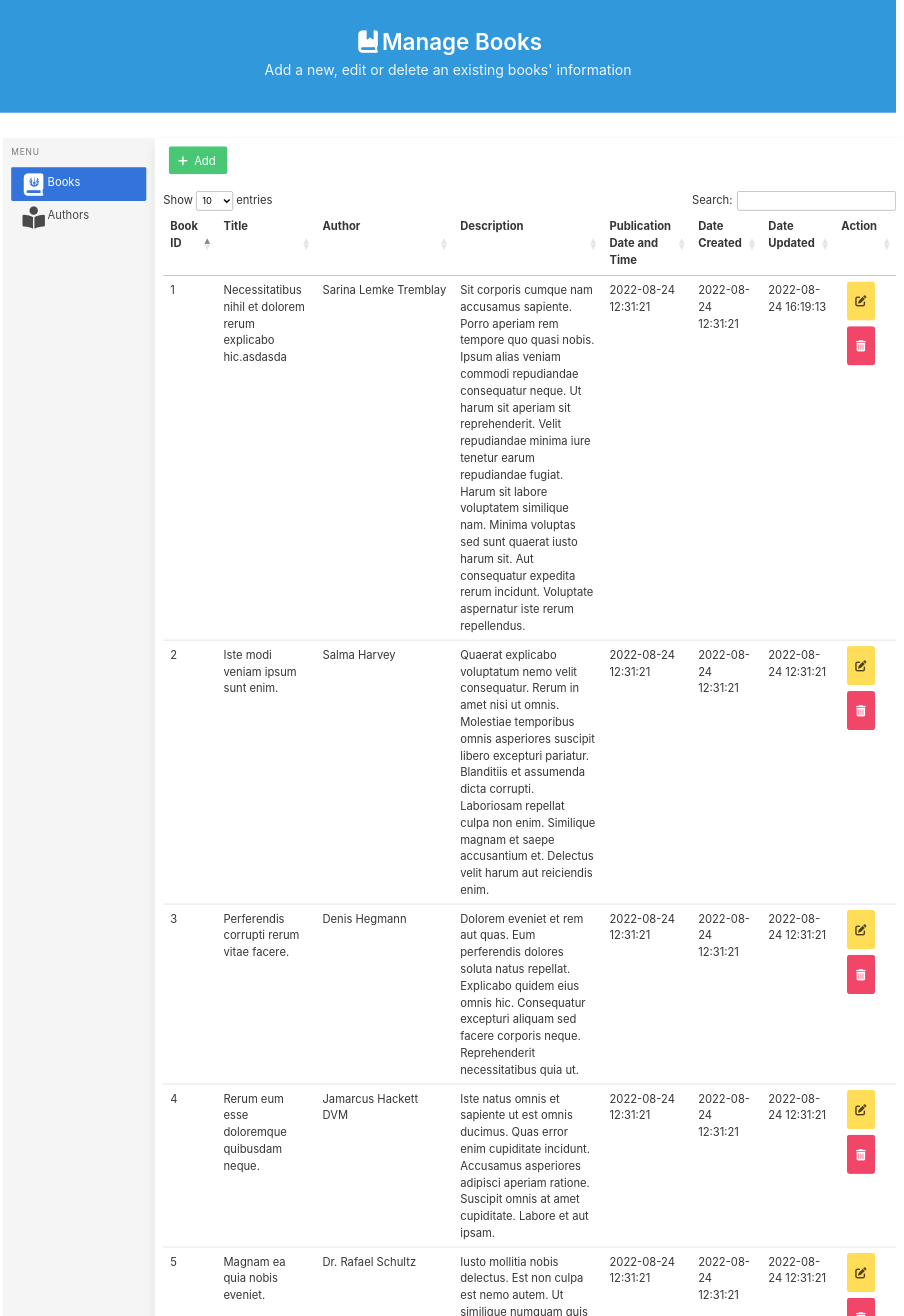
Repository: setsunafjustin00208/books_info_laravel_version
Page: http://localhost/appview/books
The author's editor kept a copy of each file at every save. The page is drawn from the files as they stood at one save, then again after the next save.
The browser window is 1280 px wide. The page is 1292 px wide, so the pictures cover 1292 px, including what lies to the right of the window. The pictures show the part of the page from y = 0 to 1880 px (the page is 4220 px tall), at 70% of full size.
The page is served by the project's Laravel application, run on PHP 8.4 with Laravel 9. Other server files are loaded and not shown. The database holds what the project's SQL file puts in it.

Above is the page before, as saved 2022-08-26 14:11:11.
Console error: ReferenceError: jQuery is not defined

### routes/web.php
<?php

use Illuminate\Support\Facades\Route;
use App\Http\Controllers\BookController;
use App\Http\Controllers\UserController;
use App\Http\Controllers\AuthorController;

/*
|--------------------------------------------------------------------------
| Web Routes
|--------------------------------------------------------------------------
|
| Here is where you can register web routes for your application. These
| routes are loaded by the RouteServiceProvider within a group which
| contains the "web" middleware group. Now create something great!
|
*/

Route::get('/', [UserController::class,'index']);

Route::get('/appview/books',[UserController::class,'books']);

Route::get('/appview/authors',[UserController::class,'authors']);

Route::post('/users/authenticate',[UserController::class,'authenticate']);

Route::post('/logout',[UserController::class,'logout']);

Route::post('/addbook',[BookController::class,'store']);

Route::post('/updatebook',[BookController::class,'update']);

Route::post('/deletebook',[BookController::class,'delete']);

Route::post('/addauthor',[AuthorController::class,'store']);

Route::post('/updateauthor',[AuthorController::class,'update']);

Route::post('/deleteauthor',[AuthorController::class,'delete']);

### app/Http/Controllers/UserController.php
<?php

namespace App\Http\Controllers;

use App\Models\Book;
use App\Models\User;
use App\Models\Author;
use Illuminate\Http\Request;
use Illuminate\Validation\Rule;

class UserController extends Controller
{
    public function index(){

        return view('appviews.index');
    }
    public function books(){

        return view('appviews.books',[
            'books' =>  Book::all(),
            'authors' => Author::all(),
        ]);
    }

    public function authors(){

        return view('appviews.authors',[
            'authors' => Author::all(),
        ]);
    }


    public function authenticate(Request $request){

       $credentials = $request->validate([
            'email' => ['required', 'email'],
            'password' => ['required'],
        ]);

        if (auth()->attempt($credentials)) {
            $request->session()->regenerate();
            return redirect()->intended('/appview/books');
        }

        return back()->withErrors([
            'email' => 'invalid credentials',
        ])->onlyInput('email');
    }

    public function logout(Request $request) {

        auth()->logout();

        $request->session()->invalidate();

        $request->session()->regenerateToken();

        return redirect('/');
    }
}

### app/Models/Book.php
<?php

namespace App\Models;

use Illuminate\Database\Eloquent\Factories\HasFactory;
use Illuminate\Database\Eloquent\Model;

class Book extends Model
{
    protected $fillable = ['book_name','author','description','publication_date_n_time','created_at','updated_at'];
    use HasFactory;
}

### app/Models/Author.php
<?php

namespace App\Models;

use Illuminate\Database\Eloquent\Factories\HasFactory;
use Illuminate\Database\Eloquent\Model;

class Author extends Model
{
    protected $fillable = ['fname','lname','mname','description','created_at','updated_at'];
    use HasFactory;
}

### resources/views/components/navbar-users.blade.php
<script>
	$(document).ready(function() {
	$(".navbar-burger").click(function() {

		$(".navbar-burger").toggleClass("is-active");
		$(".navbar-menu").toggleClass("is-active");

	});
	});
</script>
@auth
<nav class="navbar is-link mb-4" role="navigation" aria-label="main navigation">
    <div class="navbar-brand">
      <a class="navbar-item" href="/appview/books">
            <i class="icon is-large fas fa-book fa-lg"></i>
        <h2 class="title ml-3 has-text-light">Book Information</h2>
        </a>
        <a role="button" class="navbar-burger" aria-label="menu" aria-expanded="false" data-target="navbarBasicExample">
        <span aria-hidden="true"></span>
        <span aria-hidden="true"></span>
        <span aria-hidden="true"></span>
        </a>
    </div>

  <div id="navbarBasicExample" class="navbar-menu">
    <div class="navbar-start">

    </div>
    <div class="navbar-end mr-5">
      <div class="navbar-item">
        <div class="buttons">
            <form method="POST" action="/logout">
              @csrf
                <button class="button is-danger ml-6" type="submit">
                    <i class="fas fa-arrow-right-to-bracket"></i>
                    &nbsp;
                    Log out
                  </a>
                </button>
            </form>
        </div>
      </div>
    </div>
  </div>
</nav>
@else



@endauth

### resources/views/components/hero.blade.php
<section class="hero is-info mb-6">
    <div class="hero-body has-text-centered">
        {{$slot}}
    </div>
  </section>

### resources/views/components/sidebar.blade.php
<div class="column is-2 ml-4 has-background-light">
  <aside class="menu">
      <p class="menu-label">
        Menu
      </p>
      <ul class="menu-list">
          {{$slot}}
      </ul>
    </aside>
  </div>

### resources/views/components/flash-message.blade.php

@if(session()->has('success'))

<div class='container box has-background-success-light animate__animated animate__fadeInUpBig'>
        <div class="field icon-text mt-4 mb-4 has-text-success">
                <span class="icon">
                        <i class="fas fa-check-square"></i>
                </span>
                <span>

                        {{session('remember_token')}}
                </span>
        </div>
</div>
@endif
@if(session()->has('failed'))
<div class='container box has-background-success-light animate__animated animate__fadeInUpBig'>
        <div class="field icon-text mt-4 mb-4 has-text-danger">
                <span class="icon">
                        <i class="fas fa-exclamation-triangle"></i>
                </span>
                <span>
                        {{session('failed')}}
                </span>
        </div>
</div>
@endif

### resources/views/components/modal-scripts.blade.php
<script>
    document.addEventListener('DOMContentLoaded', () => {

    function openModal($el) {
        $el.classList.add('is-active');
    }

    function closeModal($el) {
        $el.classList.remove('is-active');
    }

    function closeAllModals() {
        (document.querySelectorAll('.modal') || []).forEach(($modal) => {
            closeModal($modal);
        });
    }

    (document.querySelectorAll('.js-modal-trigger') || []).forEach(($trigger) => {
        const modal = $trigger.dataset.target;
        const $target = document.getElementById(modal);

        $trigger.addEventListener('click', () => {
            openModal($target);
        });
    });

    (document.querySelectorAll('.modal-background, .modal-close, .modal-card-head .delete, .modal-card-foot .button') || []).forEach(($close) => {
        const $target = $close.closest('.modal');

        $close.addEventListener('click', () => {
            closeModal($target);
        });
    });


    document.addEventListener('keydown', (event) => {
        const e = event || window.event;

        if (e.keyCode === 27) {
            closeAllModals();
        }
    });
});
</script>

### resources/views/components/add-modal.blade.php
    <div class="buttons">
              <button class="button is-success js-modal-trigger" data-target="modal-add-data">
                <span class="icon-text">
                    <span class="icon">
                        <i class="fas fa-plus"></i>
                    </span>
                    <span>
                        Add
                    </span>
                </span>
              </button>
                <div class="modal" id="modal-add-data">
                    <div class="modal-background"></div>
                    <div class="modal-card">
                        {{$slot}}
                    </div>
                </div>
          </div>

### resources/views/components/edit-modal.blade.php
<div {{$attributes->merge(['class' => 'modal', 'id' => ''])}}>
    <div class="modal-background"></div>
      <div class="modal-card">
            {{$slot}}
          <button class="button">
            <span class="icon-text"><span class="icon">
              <i class="fas fa-ban"></i>
            </span>
            <span>Cancel</span>
        </button>
      </footer>
  </div>
</div>

### resources/views/components/delete-modal.blade.php
<div {{$attributes->merge(['class' => 'modal', 'id' => ''])}}>
    <div class="modal-background"></div>
    <div class="modal-card">
        {{$slot}}
        <footer class="modal-card-foot">
              <button class="button is-danger">
                <span class="icon-text">
                  <span class="icon">
                    <i class="fas fa-check"></i>
                  </span>
                  <span>
                    Yes
                  </span>
                </span>
              </button>
            </form>
            <button class="button is-success">
              <span class="icon-text"><span class="icon">
                <i class="fas fa-xmark"></i>
              </span>
              <span>No</span>
          </button>
        </footer>
    </div>
</div>

### resources/views/components/tables.blade.php
    <script>
        $(document).ready(function () {
            $('#book').DataTable();
        });
    </script>
    <div class="table-container container">
        <table class="table" id="book">
             {{$slot}}
          </table>
    </div>

### resources/views/components/page-layout.blade.php
<div class="columns is-mobile">
    {{$slot}}
  </div>

### resources/views/components/layout.blade.php
<!DOCTYPE html>
<html lang="en">
<head>
    <meta charset="UTF-8">
    <meta http-equiv="X-UA-Compatible" content="IE=edge">
    <meta name="viewport" content="width=device-width, initial-scale=1.0">
    <title>Welcome to Book Inventory</title>
    <link rel="stylesheet" href={{asset("assets/css/all.min.css")}} type="text/css">
    <link rel="stylesheet" href={{asset("assets/css/bulma-rtl.min.css")}} type="text/css">
    <link rel="stylesheet" href={{asset("assets/css/bulma.min.css")}} type="text/css">
    <link rel="stylesheet" href={{asset("assets/css/dataTables.bulma.min.css")}} type="text/css">
    <link rel="stylesheet" href={{asset("assets/css/dataTables.dataTables.min.css")}} type="text/css">
    <link rel="stylesheet" href={{asset("assets/css/datatables.min.css")}} type="text/css">
    <link rel="stylesheet" href={{asset("assets/css/jquery.dataTables.min.css")}} type="text/css">
    <link rel="stylesheet" href={{asset("assets/css/modal-fx.min.css")}} type="text/css">
    <link rel="stylesheet" href={{asset("assets/css/animate.min.css")}} type="text/css">
    <script src={{asset("assets/js/all.min.js")}} type="text/javascript"></script>
    <script src={{asset("assets/js/dataTables.bulma.min.js")}} type="text/javascript"></script>
    <script src={{asset("assets/js/datatables.min.js")}} type="text/javascript"></script>
    <script src={{asset("assets/js/dataTables.dataTables.min.js")}} type="text/javascript"></script>
    <script src={{asset("assets/js/jquery-3.6.0.min.js")}} type="text/javascript"></script>
    <script src={{asset("assets/js/jquery.dataTables.min.js")}} type="text/javascript"></script>
    <script src={{asset("assets/js/modal-fx.min.js")}} type="text/javascript"></script>
    <script src={{asset("assets/js/mine.js")}} type="text/javascript"></script>
</head>
<body>
<main>
  {{$slot}}
</main>
</body>
</html>

### book_info.sql (the tables this page reads)
CREATE TABLE `authors` (
  `id` bigint(20) UNSIGNED NOT NULL,
  `fname` varchar(255) COLLATE utf8mb4_unicode_ci NOT NULL,
  `lname` varchar(255) COLLATE utf8mb4_unicode_ci NOT NULL,
  `mname` varchar(255) COLLATE utf8mb4_unicode_ci NOT NULL,
  `description` longtext COLLATE utf8mb4_unicode_ci NOT NULL,
  `created_at` timestamp NULL DEFAULT NULL,
  `updated_at` timestamp NULL DEFAULT NULL
) ENGINE=InnoDB DEFAULT CHARSET=utf8mb4 COLLATE=utf8mb4_unicode_ci;

INSERT INTO `authors` (`id`, `fname`, `lname`, `mname`, `description`, `created_at`, `updated_at`) VALUES
(1, 'Sarina', 'Tremblay', 'Lemke', 'Sapiente dolores eum et dolor dolores laborum tempore. Architecto blanditiis illo dolorem illum. Praesentium nihil corrupti possimus et impedit. Totam laudantium omnis voluptas sit et in. Maiores impedit veritatis optio quos. Excepturi dolores numquam dolore reprehenderit.\"asdasdasd', '2022-08-24 12:31:21', '2022-08-24 17:13:17'),
(2, 'Cameron', 'Stamm', 'Kling', 'Molestiae deserunt quia sint cumque autem fugiat. Labore explicabo expedita eaque in. Et voluptatibus omnis ut consequatur consequatur. Quaerat minima magnam dolores iure maiores doloremque. In ad sapiente necessitatibus ut sit voluptatem commodi.', '2022-08-24 12:31:21', '2022-08-24 12:31:21'),
(3, 'Jennie', 'Pollich', 'Smith', 'Ab omnis dolor et iure quidem. Fugiat et ipsum non. Voluptatum ut veritatis ipsa enim sit rem. Et tenetur voluptas quia ad expedita voluptatum aut. Debitis voluptatem iste et.', '2022-08-24 12:31:21', '2022-08-24 12:31:21'),
(4, 'Fern', 'Koss', 'Harris', 'Dolorum qui libero voluptatem nihil minima esse voluptate. Accusantium minima ea itaque dignissimos omnis saepe et. Ut doloremque praesentium similique quis deleniti sint labore quos. Atque facilis aliquid similique aut qui maxime. Voluptate at dolores quis porro cum quis.', '2022-08-24 12:31:21', '2022-08-24 12:31:21'),
(5, 'Allie', 'Kessler', 'Kassulke', 'Quia labore possimus blanditiis quidem dolor. Saepe id veniam dignissimos distinctio et quod magni molestiae. Asperiores et sit magnam alias sequi velit nostrum. Rerum vel aut ea amet asperiores dolorem. Consequuntur quod quae molestias et explicabo iste consequatur. Aut qui vel tenetur tenetur. Dolore aut recusandae cumque ullam et.', '2022-08-24 12:31:21', '2022-08-24 12:31:21'),
(6, 'Christine', 'Shanahan', 'Dooley', 'Iste aut dignissimos voluptatem. Iure omnis officia ea quo ipsam provident dolorem. Aliquid libero enim aspernatur rerum. Velit laborum reiciendis eos doloremque ut. Quos voluptatem et harum quia nemo. Modi ut nihil unde debitis rem ratione consequatur earum.', '2022-08-24 12:31:21', '2022-08-24 12:31:21'),
(7, 'Rhett', 'Kshlerin', 'Batz', 'Similique autem nostrum saepe. Dolorem amet dolorum id rerum corrupti neque. Voluptas nihil voluptatem ut quae voluptatem repellendus consequatur. Distinctio nihil voluptas illum ipsam. Enim pariatur ut quaerat sit necessitatibus. Tempora doloribus sed veritatis exercitationem aut quos beatae. Qui non velit reiciendis consequatur. Sit voluptatem illum odio officia dolores quo eum. Nisi quos tenetur maxime mollitia. Eaque quas a sint quidem quos.', '2022-08-24 12:31:21', '2022-08-24 12:31:21'),
(8, 'Carrie', 'Morissette', 'Kautzer', 'Dolorem maxime veritatis praesentium. Consectetur vero magnam ut quia. Tempora modi at quae dolore et. Voluptates illo et dolorem nulla saepe velit. Sit aut modi est quia voluptate iure. Velit consequuntur reiciendis eos repellat id. Voluptatem voluptas vel laborum quis porro dolores.', '2022-08-24 12:31:21', '2022-08-24 12:31:21'),
(9, 'Reilly', 'Greenfelder', 'Thiel', 'Enim sapiente neque vel quia dicta. Dolorem enim cupiditate iure delectus quasi aspernatur vel nulla. Doloribus voluptatem nihil et sint voluptatem minus. Numquam consequatur blanditiis aut eveniet et. Vel ut eaque repudiandae sunt animi. Maiores optio consequuntur maxime fugit dicta. Exercitationem distinctio hic quam sint. Sit repudiandae aut id voluptas exercitationem aut.', '2022-08-24 12:31:21', '2022-08-24 12:31:21'),
(11, 'setsuna', 'seiei', 'F', 'setsunasetsunasetsunasetsunasetsunasetsunasetsunasetsunasetsunasetsunasetsuna', '2022-08-24 17:00:55', '2022-08-24 17:00:55');

ALTER TABLE `authors`
  ADD PRIMARY KEY (`id`);

ALTER TABLE `authors`
  MODIFY `id` bigint(20) UNSIGNED NOT NULL AUTO_INCREMENT, AUTO_INCREMENT=12;

CREATE TABLE `books` (
  `id` bigint(20) UNSIGNED NOT NULL,
  `book_name` varchar(255) COLLATE utf8mb4_unicode_ci NOT NULL,
  `author` varchar(255) COLLATE utf8mb4_unicode_ci NOT NULL,
  `description` longtext COLLATE utf8mb4_unicode_ci NOT NULL,
  `publication_date_n_time` timestamp NULL DEFAULT NULL,
  `created_at` timestamp NULL DEFAULT NULL,
  `updated_at` timestamp NULL DEFAULT NULL
) ENGINE=InnoDB DEFAULT CHARSET=utf8mb4 COLLATE=utf8mb4_unicode_ci;

INSERT INTO `books` (`id`, `book_name`, `author`, `description`, `publication_date_n_time`, `created_at`, `updated_at`) VALUES
(1, 'Necessitatibus nihil et dolorem rerum explicabo hic.asdasda', 'Sarina Lemke Tremblay', 'Sit corporis cumque nam accusamus sapiente. Porro aperiam rem tempore quo quasi nobis. Ipsum alias veniam commodi repudiandae consequatur neque. Ut harum sit aperiam sit reprehenderit. Velit repudiandae minima iure tenetur earum repudiandae fugiat. Harum sit labore voluptatem similique nam. Minima voluptas sed sunt quaerat iusto harum sit. Aut consequatur expedita rerum incidunt. Voluptate aspernatur iste rerum repellendus.', '2022-08-24 12:31:21', '2022-08-24 12:31:21', '2022-08-24 16:19:13'),
(2, 'Iste modi veniam ipsum sunt enim.', 'Salma Harvey', 'Quaerat explicabo voluptatum nemo velit consequatur. Rerum in amet nisi ut omnis. Molestiae temporibus omnis asperiores suscipit libero excepturi pariatur. Blanditiis et assumenda dicta corrupti. Laboriosam repellat culpa non enim. Similique magnam et saepe accusantium et. Delectus velit harum aut reiciendis enim.', '2022-08-24 12:31:21', '2022-08-24 12:31:21', '2022-08-24 12:31:21'),
(3, 'Perferendis corrupti rerum vitae facere.', 'Denis Hegmann', 'Dolorem eveniet et rem aut quas. Eum perferendis dolores soluta natus repellat. Explicabo quidem eius omnis hic. Consequatur excepturi aliquam sed facere corporis neque. Reprehenderit necessitatibus quia ut.', '2022-08-24 12:31:21', '2022-08-24 12:31:21', '2022-08-24 12:31:21'),
(4, 'Rerum eum esse doloremque quibusdam neque.', 'Jamarcus Hackett DVM', 'Iste natus omnis et sapiente ut est omnis ducimus. Quas error enim cupiditate incidunt. Accusamus asperiores adipisci aperiam ratione. Suscipit omnis at amet cupiditate. Labore et aut ipsam.', '2022-08-24 12:31:21', '2022-08-24 12:31:21', '2022-08-24 12:31:21'),
(5, 'Magnam ea quia nobis eveniet.', 'Dr. Rafael Schultz', 'Iusto mollitia nobis delectus. Est non culpa est nemo autem. Ut similique numquam quis deleniti. Tempore et porro omnis ea. Sequi maxime voluptatibus repellat quo provident magnam. Error qui ut quis alias corporis qui occaecati est. Quaerat aspernatur incidunt voluptas est iste et voluptates consequatur. Rerum consequuntur et harum nisi sed natus. Et ab ea harum quia eum est. Quia aut a asperiores voluptatibus eos eaque.', '2022-08-24 12:31:21', '2022-08-24 12:31:21', '2022-08-24 12:31:21'),
(6, 'Cum qui voluptatibus minus non enim impedit est beatae.', 'Dr. Kody Barrows', 'Provident commodi quia qui. Quas atque facilis cumque beatae dolorem. Repudiandae rerum reiciendis est facilis. Sint dolor animi cum laboriosam. Tenetur fuga et corporis laboriosam.', '2022-08-24 12:31:21', '2022-08-24 12:31:21', '2022-08-24 12:31:21'),
(7, 'Expedita occaecati ducimus tempora et voluptatibus maiores deleniti.', 'Oda Denesik', 'In voluptates expedita aspernatur non a. Fuga omnis aut nihil sequi quia maxime adipisci. Eum quae neque voluptas sunt nemo consectetur laborum et. Facere assumenda dolorem molestiae quia qui. Facilis eius aliquid incidunt. Possimus quisquam non similique unde. Maxime voluptatum itaque eos. Qui veritatis ab enim facere minus quia deserunt.', '2022-08-24 12:31:21', '2022-08-24 12:31:21', '2022-08-24 12:31:21'),
(8, 'Sint in ut omnis ut qui.', 'Connor Braun', 'Accusantium reprehenderit voluptas repudiandae sapiente. Est maxime rerum fugiat id aut sint numquam. Et sint repellendus iusto numquam aspernatur. Quo pariatur nesciunt perferendis laudantium distinctio nesciunt nihil. Quia reiciendis eos excepturi aut est rerum eos. Ipsam omnis in saepe iste esse ab.', '2022-08-24 12:31:21', '2022-08-24 12:31:21', '2022-08-24 12:31:21'),
(9, 'Consequatur perferendis ea necessitatibus id.', 'Madonna Crooks IV', 'Eveniet qui aut ducimus officia eum vero. Aperiam sed odio qui voluptatibus. Architecto ut occaecati quod odio optio temporibus enim. Voluptas nam aut consequatur ut. Autem pariatur esse quia dolores voluptas porro.', '2022-08-24 12:31:21', '2022-08-24 12:31:21', '2022-08-24 12:31:21'),
(10, 'Sunt officiis et provident placeat.', 'Marquis Reynolds', 'Consequatur molestiae ab explicabo iure unde iste consectetur. Officiis recusandae sunt est eum sit doloremque rerum corporis. Fugit accusamus et aut reiciendis rerum numquam delectus. Quas est aut quidem. Molestiae et omnis eaque eius distinctio aut odio enim. Libero voluptas error laudantium inventore laudantium et natus possimus. Quo qui modi eum. Ducimus blanditiis accusamus rerum quae esse ut. Repellendus id sed qui ea dolores. Debitis dolorem id vero nihil impedit sit hic.', '2022-08-24 12:31:21', '2022-08-24 12:31:21', '2022-08-24 12:31:21'),
(11, 'gundam', 'Sarina Lemke Tremblay', 'gundam', '2022-08-24 23:04:00', '2022-08-24 15:04:27', '2022-08-24 15:04:27');

ALTER TABLE `books`
  ADD PRIMARY KEY (`id`);

ALTER TABLE `books`
  MODIFY `id` bigint(20) UNSIGNED NOT NULL AUTO_INCREMENT, AUTO_INCREMENT=15;

Loaded but not shown: app/Http/Controllers/Controller.php (common file); public/assets/css/all.min.css (library); public/assets/css/bulma-rtl.min.css (library); public/assets/css/bulma.min.css (library); public/assets/css/dataTables.bulma.min.css (library); public/assets/css/dataTables.dataTables.min.css (library); public/assets/css/datatables.min.css (library); public/assets/css/jquery.dataTables.min.css (library); public/assets/css/modal-fx.min.css (library); public/assets/css/animate.min.css (library); public/assets/js/dataTables.bulma.min.js (library); public/assets/js/datatables.min.js (library); public/assets/js/dataTables.dataTables.min.js (common file); public/assets/js/jquery-3.6.0.min.js (library); public/assets/js/jquery.dataTables.min.js (library); public/assets/js/mine.js (44 lines, source omitted); public/assets/js/modal-fx.min.js (1 lines, source omitted); resources/views/appviews/books.blade.php (250 lines, source omitted)

After the next save:
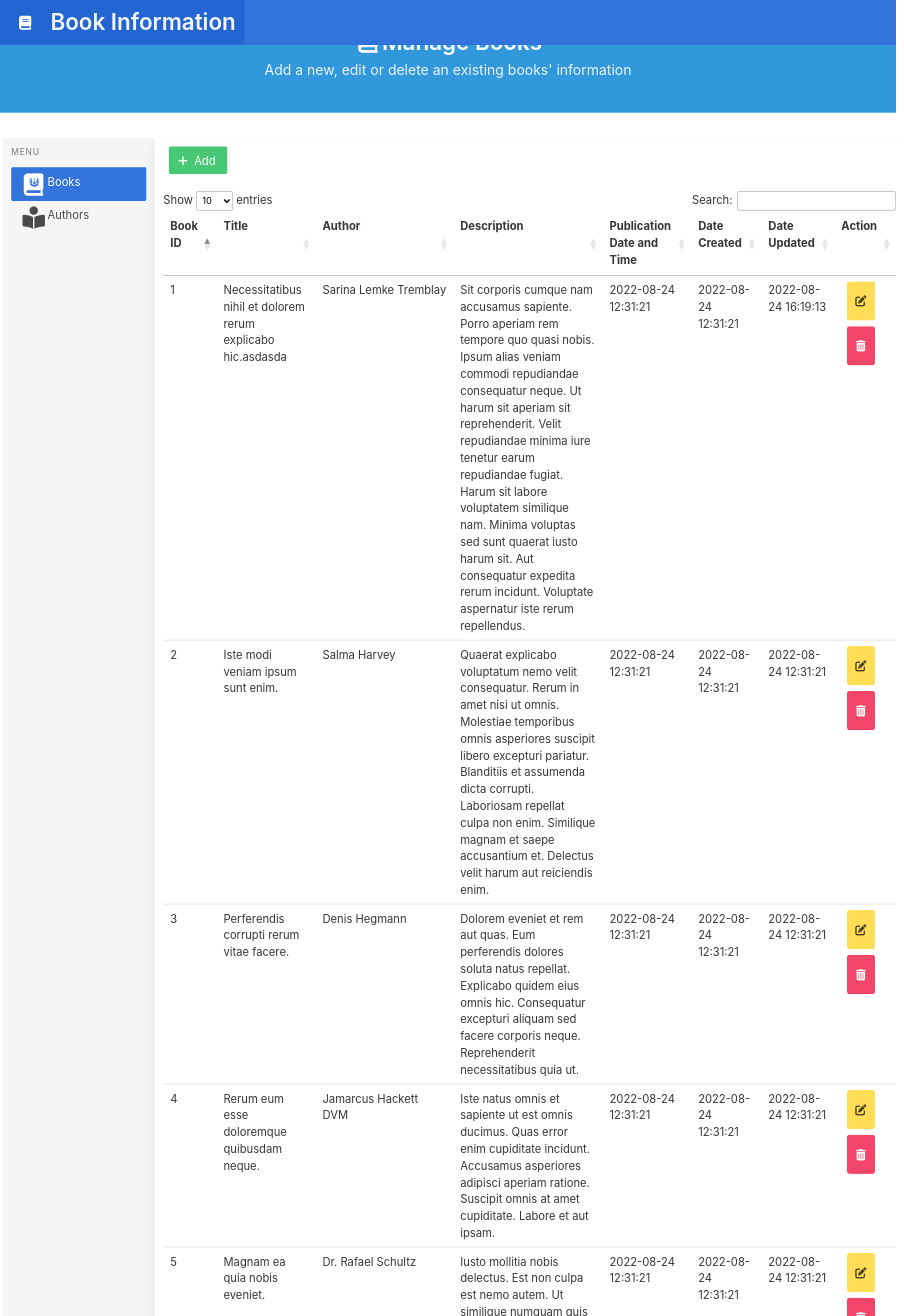
Saved 21 s later.
--- a/resources/views/components/navbar-users.blade.php
+++ b/resources/views/components/navbar-users.blade.php
@@ -44,7 +44,33 @@
   </div>
 </nav>
 @else
+<nav class="navbar is-link is-fixed-top" role="navigation" aria-label="main navigation">
+  <script>
+   $(document).ready(function() {
+   $(".navbar-burger").click(function() {
 
+       $(".navbar-burger").toggleClass("is-active");
+       $(".navbar-menu").toggleClass("is-active");
+
+   });
+   });
+</script>
+ <div class="navbar-brand">
+   <a class="navbar-item" href="/">
+       <i class="icon is-large fas fa-book fa-lg"></i>
+     <h2 class="title ml-3 has-text-light">Book Information</h2>
+   </a>
+   <a role="button" class="navbar-burger" aria-label="menu" aria-expanded="false" data-target="navbarBasicExample">
+     <span aria-hidden="true"></span>
+     <span aria-hidden="true"></span>
+     <span aria-hidden="true"></span>
+   </a>
+ </div>
+ <div id="navbarBasicExample" class="navbar-menu">
+  <div class="navbar-start">
+
+  </div>
+</nav>
 
 
 @endauth
